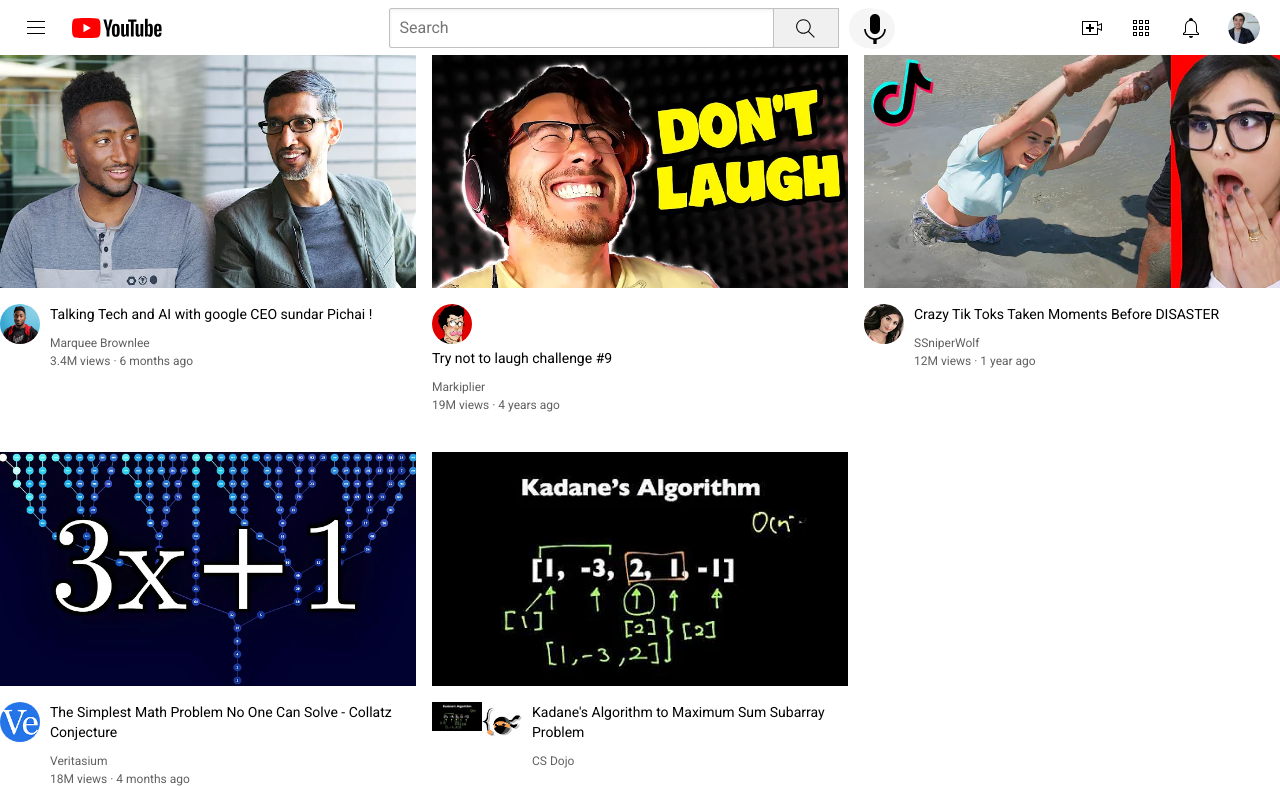
Repository: knowledgeAlan/html-css-thirteen
Page: youtube.html
An editor plug-in stored every save of this project. The page is shown before and after the next save, followed by the edit.
The browser window is 1280 px wide. The pictures show the whole page.

Above is the page before, as saved 2024-03-19 17:54:09.

### youtube.html
<!DOCTYPE html>
<html>

<head>
    <title>Youtube.com Clone</title>

    <link rel="preconnect" href="https://fonts.googleapis.com">
    <link rel="preconnect" href="https://fonts.gstatic.com" crossorigin>
    <link href="https://fonts.googleapis.com/css2?family=Roboto:wght@400;500;700&display=swap" rel="stylesheet">

    <link rel="stylesheet" href="styles/general.css">
    <link rel="stylesheet" href="styles/header.css">
    <link rel="stylesheet" href="styles/video.css">

    <body>


        <div class="header">


            <div class="left-section">

                <img class="hamburger-menu" src="icons/hamburger-menu.svg">
                <img class="youtube-logo" src="icons/youtube-logo.svg">

            </div>

            <div class="middle-section">
                <input class="search-bar" type="text" placeholder="Search">

                <button class="search-button">
                    <img class="search-icon" src="icons/search.svg">
                </button>

                <button class="voice-search-button">
                       <img class="voice-search-button" src="icons/voice-search-icon.svg" >
                </button>
            </div>

            <div class="right-section">
                <img class="upload-icon" src="icons/upload.svg">
                <img class="youtube-apps-icon" src="icons/youtube-apps.svg">
                <img class="notifications-icon" src="icons/notifications.svg">
                <img class="current-user-picture" src="channel-pictures/my-channel.jpeg">

            </div>

        </div>

        <div class="video-grid">

            <div class="video-preview">

                <div class="thumbnail-row">
                    <img class="thumbnail" src="thumbnails/thumbnail-1.webp">
                </div>

                <div class="video-info-grid">

                    <div class="channel-picture">
                        <img class="profile-picture" src="channel-pictures/channel-1.jpeg">
                    </div>

                    <div class="video-info">
                        <p class="video-title">
                            Talking Tech and AI with google CEO sundar Pichai !

                        </p>

                        <p class="video-author">
                            Marquee Brownlee
                        </p>

                        <p class="video-stats">
                            3.4M views &#183; 6 months ago
                        </p>

                    </div>
                </div>
            </div>


            <div class="video-preview">
                    <div class="thumbnail-row">
                        <img class="thumbnail" src="thumbnails/thumbnail-2.webp">

                    </div>

                    <div class="=video-info-grid">
                        <div class="channel-picture">
                            <img class="profile-picture" src="channel-pictures/channel-2.jpeg">
                        </div>

                        <div class="video-info">
                            <p class="video-title">
                                Try not to laugh challenge #9
                            </p>

                            <p class="video-author">
                                Markiplier
                            </p>

                            <p class="video-stats">
                                19M views &#183; 4 years ago
                            </p>
                        </div>
                    </div>
            </div>



            <div class="video-preview">

                <div class="thumbnail-row">
                    <img class="thumbnail" src="thumbnails/thumbnail-3.webp">
                </div>

                <div class="video-info-grid">
                    <div class="channel-picture">
                        <img class="profile-picture"    src="channel-pictures/channel-3.jpeg">
                    </div>

                    <div class="video-info">
                         <p class="video-title">
                            Crazy Tik Toks Taken Moments Before DISASTER
                         </p>

                         <p class="video-author">
                            SSniperWolf
                         </p>

                         <p class="video-stats">
                            12M views &#183; 1 year ago
                         </p>
                    </div>
                </div>
            </div>

            <div class="video-preview">
                <div class="thumbnail-row">
                    <img class="thumbnail" src="thumbnails/thumbnail-4.webp">
                </div>
                <div class="video-info-grid">
                    <div class="channel-picture">
                        <img class="profile-picture" src="channel-pictures/channel-4.jpeg">
                    </div>

                    <div class="video-info">
                        <p class="video-title">
                            The Simplest Math Problem No One Can Solve - Collatz Conjecture
                        </p>
                        <p class="video-author">
                            Veritasium
                        </p>

                        <p class="video-stats">
                            18M views &#183; 4 months ago
                        </p>

                    </div>
                </div>
            </div>



            <di class="video-preview">
                <div class="thumbnail-row">
                    <img class="thumbnail" src="thumbnails/thumbnail-5.webp">
                </div>

                <div  class="video-info-grid">
                    <div class="thumbnail-row">
                        <img class="thumbnail" src="thumbnails/thumbnail-5.webp">
                    </div>

                    <div class="video-info-grid">
                        <div class="channel-picture">
                            <img class="profile-picture" src="channel-pictures/channel-5.jpeg">
                        </div>

                        <div class="video-info">

                            <p class="video-title">
                                Kadane's Algorithm to Maximum Sum Subarray Problem
                            </p>

                            <p class="video-author">
                                CS Dojo
                            </p>

                        </div>
                    </div>
                </div>
            </di>
        </div>



    </body>
</head>
</html>

### styles/general.css
p{
    font-family: Roboto,Arial;
    margin-top: 0;
    margin-bottom: 0;
}

body{
    margin: 0;
}

### styles/header.css
.header {
    height: 55px;
    display: flex;
    flex-direction: row;
    justify-content: space-between;


}


.left-section {

    display: flex;
    align-items: center;
}

.hamburger-menu {

    height: 24px;
    margin-left: 24px;
    margin-right: 24px;
}


.youtube-logo {
    height: 20px ;
}

.middle-section {
    flex: 1;
    margin-left: 70px;
    margin-right:  35px;
    max-width: 500px;
    display: flex;
    align-items: center;
}

.search-bar{
    flex: 1;
    height: 36px;
    padding-left: 10px;
    font-size: 16px;
    border-width: 1px;
    border-style: solid;
    border-color: rgb(192, 192, 192);
    border-radius: 2px;
    box-shadow: inset 1px 2px 3px rgba(0, 0, 0, 0.05);
    width: 0;

}



.search-bar::placeholder {
    font-family: Roboto,Arial;
    font-size: 16px;
}


.search-button{
    height: 40px;
    width: 66px;
    background-color: rgb(240, 240, 240);
    border-width: 1px;
    border-style: solid;
    border-color: rgb(192, 192, 192);
    margin-left: -1px;
    margin-right: 10px;
}


.search-icon {
    height: 25px;
    margin-top: 4px;
}


.voice-search-button{
    height: 40px;
    width: 40px;
    border-radius: 20px;
    border: none;
    background-color: rgb(245, 245, 245);
}


.video-search-icon {
    height: 24px;
    width: 40px;
    border-radius: 20px;
    border: none;
    background-color: rgb(245, 245, 245);
}

.right-section {
    width: 180px;
    margin-right: 20px;
    display: flex;
    align-items: center;
    justify-content: space-between;
    flex-shrink: 0;

}

.upload-icon {
    height: 24px;
}

.youtube-apps-icon{
    height: 24px;
}


.notifications-icon {
    height: 24px;
}

.current-user-picture {
    height: 32px;
    border-radius: 16px ;
}

### styles/video.css
.thumbnail{
    width: 100%;
}

.video-title {
    margin-top: 0;
    font-size: 14px;
    font-weight: 500px ;
    line-height: 20px;
    margin-bottom: 12px;
}


.video-info-grid {
    display: grid;
    grid-template-columns: 50px 1fr;
}


.profile-picture{
    width: 40px;
    border-radius: 50px;
}


.thumbnail-row {
    margin-bottom: 12px;
}

.video-author,.video-stats {
    font-size: 12px;
    color: rgb(96, 96, 96);
}

.video-author {
    margin-bottom: 4px;
}

.video-grid{
    display: grid;
    grid-template-columns: 1fr 1fr 1fr;
    column-gap: 16px;
    row-gap: 40px;
}

After the next save:
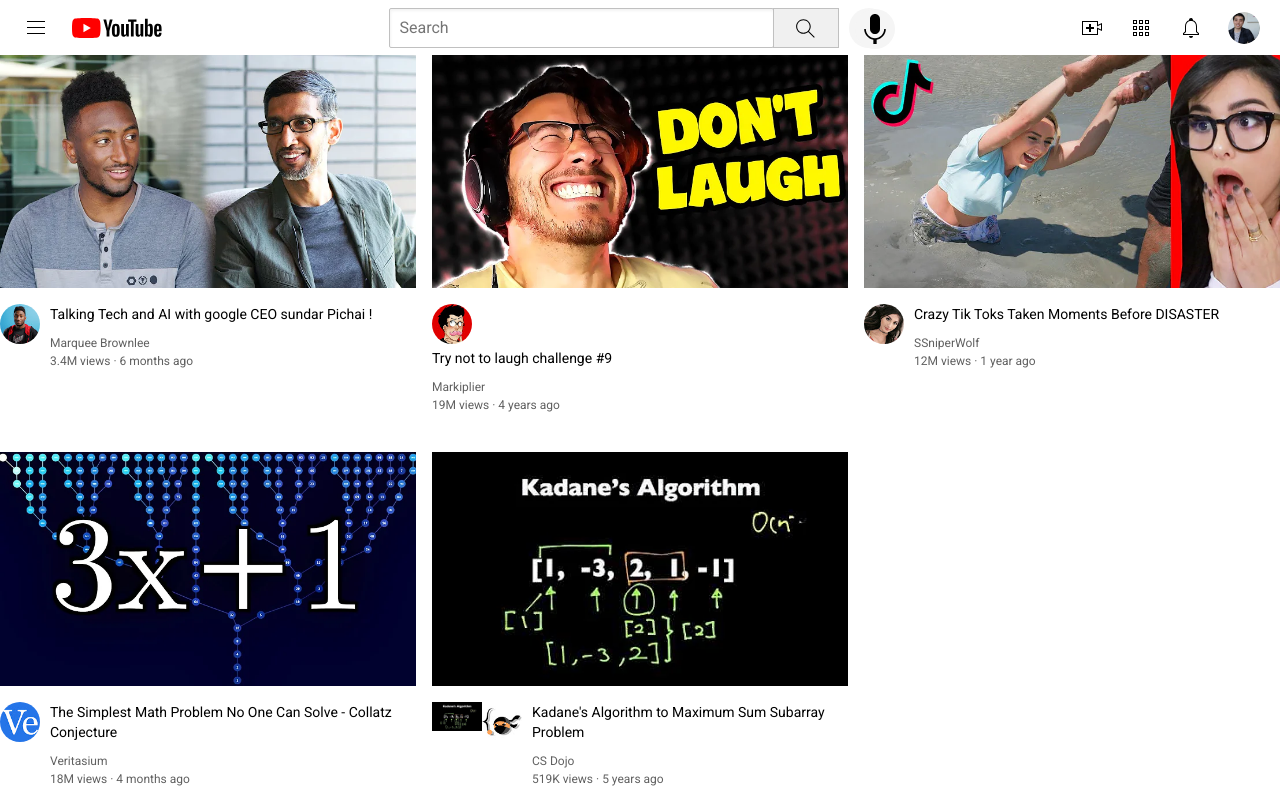
Saved 23 s later.
--- a/youtube.html
+++ b/youtube.html
@@ -188,6 +188,10 @@
                                 CS Dojo
                             </p>
 
+                            <p class="video-stats">
+                                519K views &#183; 5 years ago
+                            </p>
+
                         </div>
                     </div>
                 </div>
